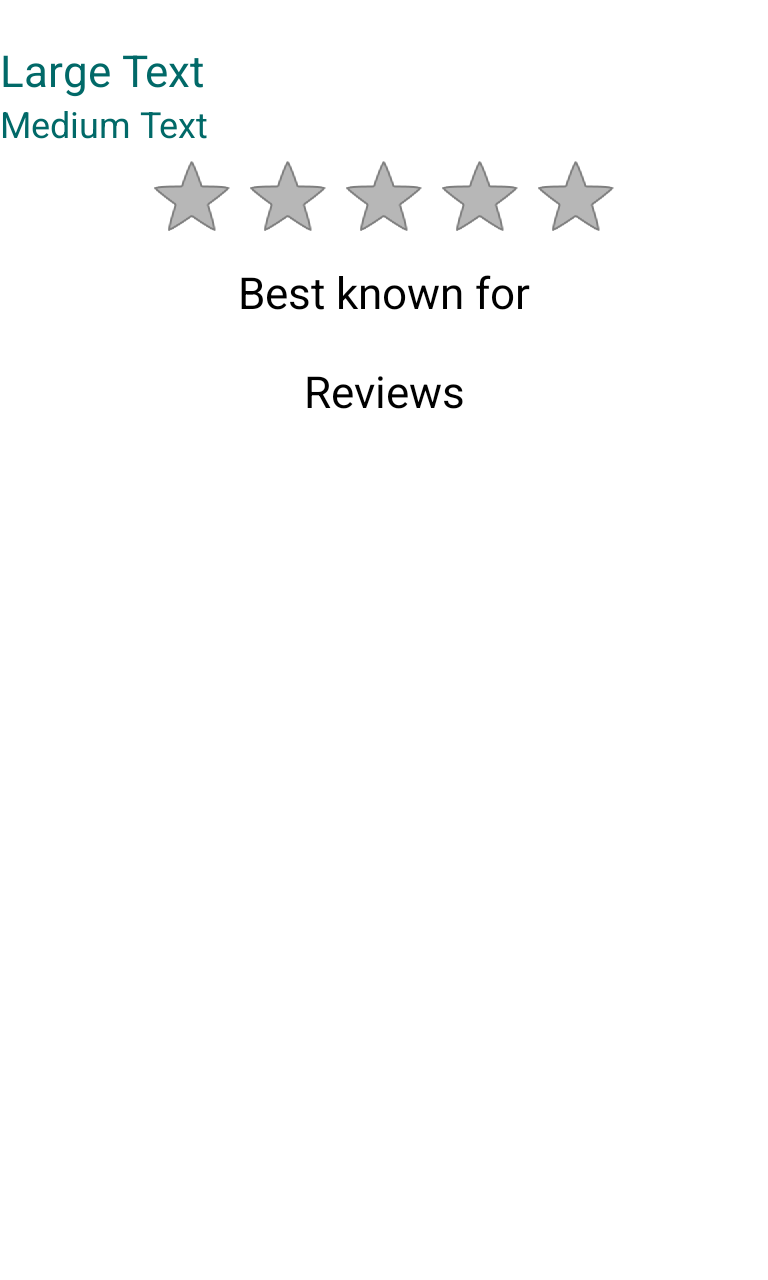
Repository: yash256/atnt
Layout: WNY Farm Fresh/res/layout/market_details.xml
An editor plug-in stored every save of this project. The layout is shown before and after a run of saves, followed by the edit.
It is drawn on a 768 x 1280 px phone screen (xhdpi) without system bars, with theme AppTheme; the app's code is not run. Lists and similar views that code fills are empty.

Above is the layout before, as saved 2014-11-10 20:01:19.

After the next 2 saves:
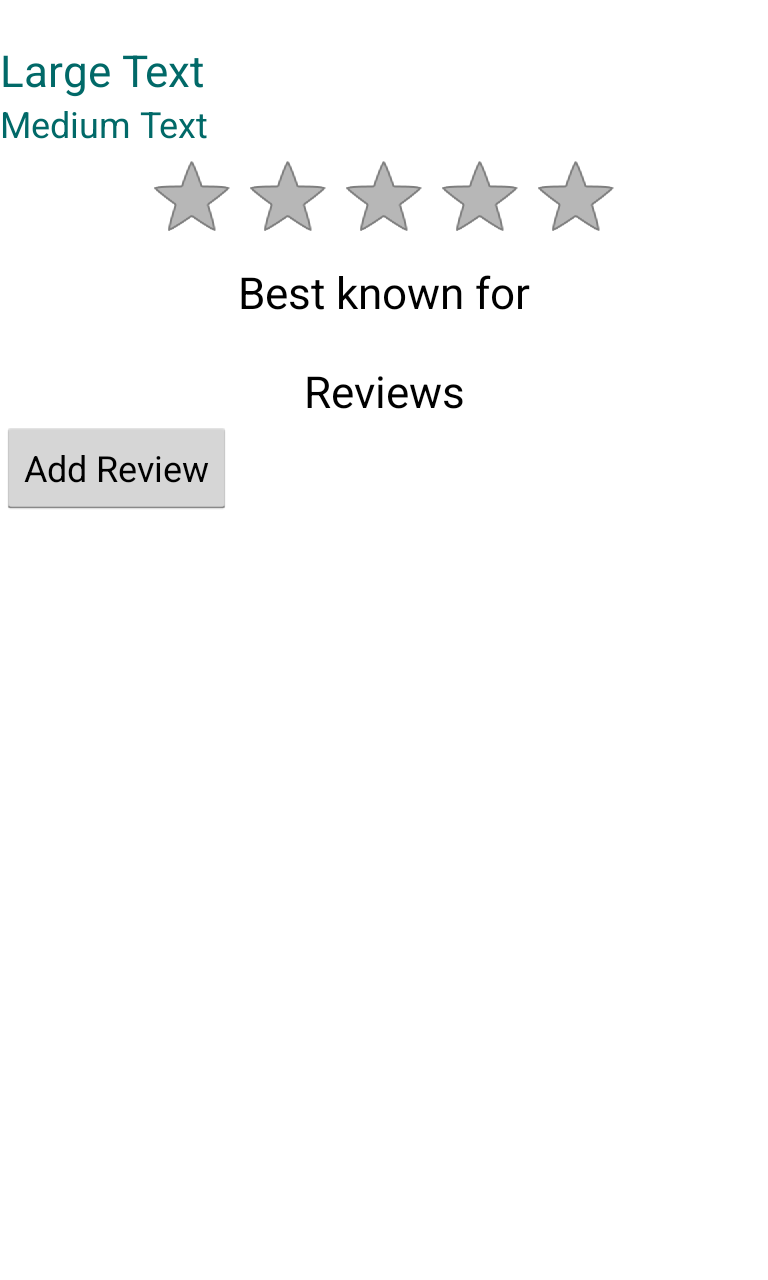
The 2 saves are shown as one change because 1 did not build or start.
The last was saved 12 s later.
--- a/WNY Farm Fresh/res/layout/market_details.xml
+++ b/WNY Farm Fresh/res/layout/market_details.xml
@@ -71,8 +71,9 @@
         android:layout_columnSpan="8"
         android:layout_row="6" >
     </ListView>
-
-
+    <Button
+        android:id="@+id/add_review"
+        android:text="@string/add_review_btn"   />
 
 </GridLayout>
 
